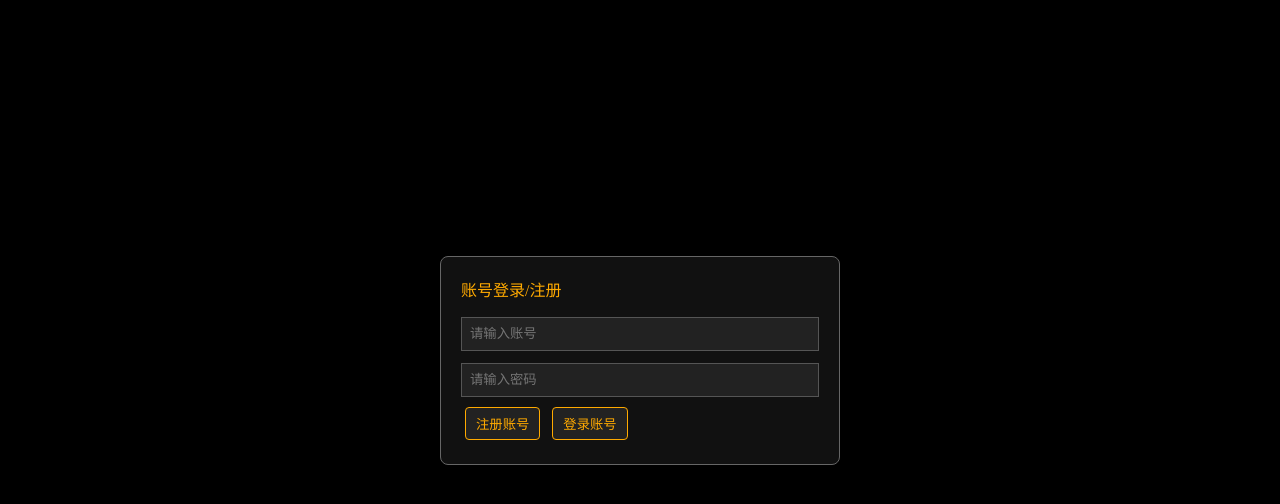
Repository: xiebinhqy/mud-games
Page: index.html
The author's editor kept a copy of each file at every save. The page is drawn from the files as they stood at one save, then again after the next save.
The browser window is 1280 px wide. The pictures show the whole page.
The page's requests for data from a server got no answer.

Above is the page before, as saved 2026-03-13 22:47:33.

After the next save:
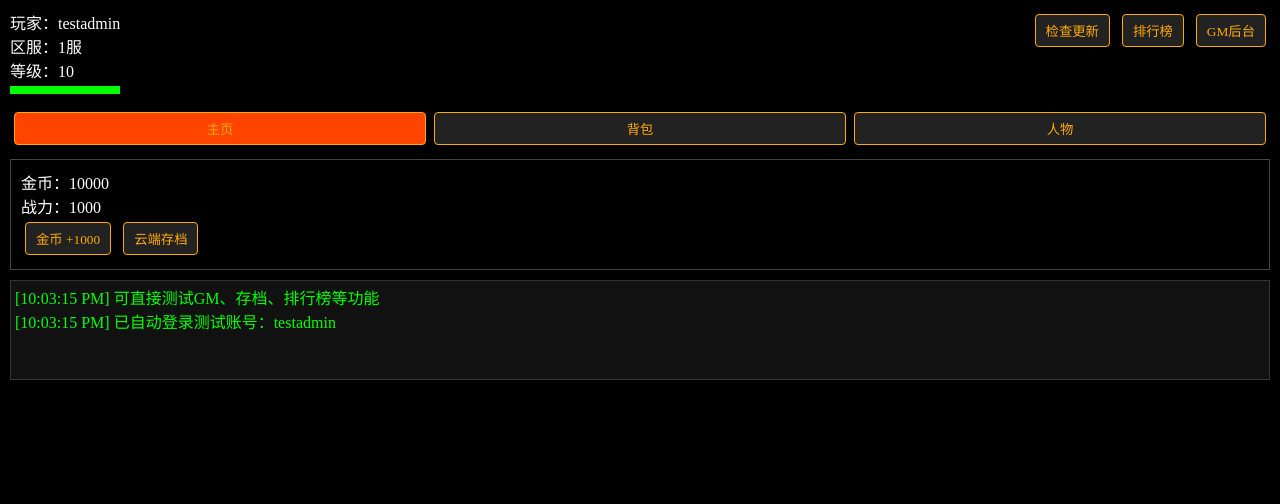
Saved 3 min 23 s later.
--- a/script.js
+++ b/script.js
@@ -1,14 +1,28 @@
 // 游戏核心配置
 const GAME_VERSION = "1.0.0";
-let currentUser = null;
-let gameData = { level: 1, exp: 0, gold: 0, power: 100 };
+// 内置默认账号（直接用这个账号测试）
+let currentUser = "testadmin";
+// 内置默认游戏数据
+let gameData = { level: 10, exp: 5000, gold: 10000, power: 1000 };
 
-// 页面加载完成后自动检查更新
+// 页面加载完成后自动进入游戏（跳过登录）
 window.onload = async () => {
+  // 检查更新（可选）
   await checkGameUpdate(false);
+
+  // 隐藏登录弹窗，直接显示游戏界面
+  document.getElementById('loginModal').style.display = 'none';
+  document.getElementById('gameContainer').style.display = 'block';
+  // 显示默认账号
+  document.getElementById('game-username').innerText = currentUser;
+  // 刷新游戏数据
+  refreshGameData();
+  // 添加欢迎日志
+  addGameLog(`已自动登录测试账号：${currentUser}`, 'success');
+  addGameLog('可直接测试GM、存档、排行榜等功能', 'success');
 };
 
-// 检查更新
+// 检查更新（保留）
 async function checkGameUpdate(isManual) {
   try {
     const response = await fetch('/api/version', {
@@ -28,81 +42,7 @@ async function checkGameUpdate(isManual) {
   }
 }
 
-// 注册账号
-async function handleRegister() {
-  const username = document.getElementById('login-username').value.trim();
-  const password = document.getElementById('login-password').value.trim();
-
-  // 空值校验
-  if (!username || !password) {
-    addGameLog('账号和密码不能为空', 'danger');
-    return;
-  }
-
-  try {
-    // 发送注册请求（关键：绝对路径 + 完整请求头）
-    const response = await fetch('https://mud-games.vercel.app/api/register', {
-      method: 'POST',
-      headers: {
-        'Content-Type': 'application/json',
-        'Accept': 'application/json'
-      },
-      body: JSON.stringify({ username, password }),
-      mode: 'cors'
-    });
-
-    const result = await response.json();
-    addGameLog(result.msg || (result.ok ? '注册成功' : '注册失败'), result.ok ? 'success' : 'danger');
-  } catch (error) {
-    addGameLog('注册请求失败：' + error.message, 'danger');
-    console.error('注册错误详情：', error);
-  }
-}
-
-// 登录账号
-async function handleLogin() {
-  const username = document.getElementById('login-username').value.trim();
-  const password = document.getElementById('login-password').value.trim();
-
-  if (!username || !password) {
-    addGameLog('账号和密码不能为空', 'danger');
-    return;
-  }
-
-  try {
-    const response = await fetch('https://mud-games.vercel.app/api/login', {
-      method: 'POST',
-      headers: {
-        'Content-Type': 'application/json',
-        'Accept': 'application/json'
-      },
-      body: JSON.stringify({ username, password }),
-      mode: 'cors'
-    });
-
-    const result = await response.json();
-    if (result.ok) {
-      currentUser = username;
-      gameData = result.data || { level: 1, exp: 0, gold: 0, power: 100 };
-
-      // 隐藏登录弹窗，显示游戏界面
-      closeModal('loginModal');
-      document.getElementById('gameContainer').style.display = 'block';
-      document.getElementById('game-username').innerText = username;
-
-      // 刷新游戏数据
-      refreshGameData();
-      addGameLog('登录成功，欢迎回来！', 'success');
-    } else {
-      addGameLog(result.msg || '账号或密码错误', 'danger');
-    }
-  } catch (error) {
-    addGameLog('登录请求失败：' + error.message, 'danger');
-    console.error('登录错误详情：', error);
-  }
-}
-
-// 云端存档
+// 云端存档（保留，适配默认账号）
 async function saveToCloud() {
   if (!currentUser) {
     addGameLog('请先登录账号', 'danger');
@@ -129,7 +69,7 @@ async function saveToCloud() {
   }
 }
 
-// 打开排行榜
+// 打开排行榜（保留）
 async function openRank() {
   try {
     const response = await fetch('https://mud-games.vercel.app/api/rank?server=1', {
@@ -140,7 +80,7 @@ async function openRank() {
     const rankList = await response.json();
     let rankHtml = '';
     if (rankList.length === 0) {
-      rankHtml = '暂无玩家数据';
+      rankHtml = '暂无玩家数据（可先存档生成数据）';
     } else {
       rankList.forEach((item, index) => {
         rankHtml += `${index + 1}. ${item.user || '未知玩家'} - 战力：${item.power || 0}<br>`;
@@ -154,7 +94,7 @@ async function openRank() {
   }
 }
 
-// 打开GM后台
+// 打开GM后台（保留）
 function openGM() {
   if (!currentUser) {
     addGameLog('请先登录账号', 'danger');
@@ -163,7 +103,7 @@ function openGM() {
   showModal('gmModal');
 }
 
-// 执行GM指令
+// 执行GM指令（保留，GM密码还是 admin888）
 async function gmCommand(type) {
   const gmPwd = document.getElementById('gm-password').value.trim();
   if (!gmPwd) {
@@ -195,7 +135,7 @@ async function gmCommand(type) {
   }
 }
 
-// 刷新游戏数据
+// 刷新游戏数据（保留）
 function refreshGameData() {
   document.getElementById('game-level').innerText = gameData.level || 1;
   document.getElementById('game-gold').innerText = gameData.gold || 0;
@@ -203,7 +143,7 @@ function refreshGameData() {
   document.getElementById('game-expBar').style.width = `${Math.min((gameData.exp || 0) / 100, 1) * 100}%`;
 }
 
-// 添加游戏日志
+// 添加游戏日志（保留）
 function addGameLog(text, type) {
   const logElement = document.getElementById('game-log');
   const color = type === 'success' ? '#0f0' : type === 'danger' ? '#f44' : '#fff';
@@ -211,35 +151,36 @@ function addGameLog(text, type) {
   logElement.innerHTML = `<span style="color:${color}">[${time}] ${text}</span><br>` + logElement.innerHTML;
 }
 
-// 显示弹窗
+// 显示弹窗（保留）
 function showModal(modalId) {
   document.getElementById(modalId).style.display = 'flex';
 }
 
-// 关闭弹窗
+// 关闭弹窗（保留）
 function closeModal(modalId) {
   document.getElementById(modalId).style.display = 'none';
 }
 
-// 切换标签页
+// 切换标签页（保留）
 function switchTab(tabId) {
-  // 隐藏所有页面
   document.querySelectorAll('.page').forEach(page => {
     page.classList.remove('active');
   });
-  // 取消所有标签激活状态
   document.querySelectorAll('.tab').forEach(tab => {
     tab.classList.remove('active');
   });
-  // 激活目标页面和标签
   document.getElementById(tabId).classList.add('active');
   event.target.classList.add('active');
 }
 
-// 增加金币
+// 增加金币（保留）
 function addGold() {
   gameData.gold = (gameData.gold || 0) + 1000;
   gameData.power = (gameData.level || 1) * 100 + (gameData.gold || 0) / 1000;
   refreshGameData();
   addGameLog('获得1000金币', 'success');
 }
+
+// 以下为废弃的登录/注册函数（保留但不调用）
+function handleLogin() {}
+function handleRegister() {}
